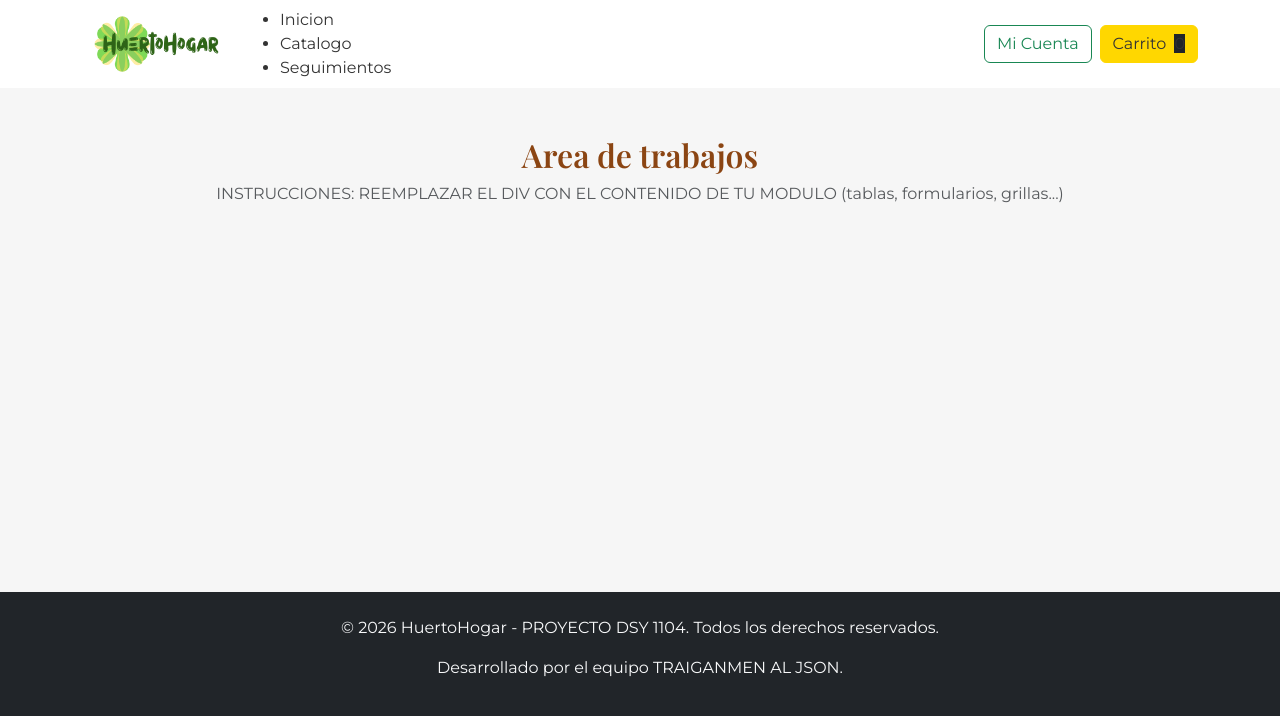
Repository: RottZen/Ev_1_Huerto_Hogar
Page: 7_comunes/plantilla.html
An editor plug-in stored every save of this project. The page is shown before and after the next save, followed by the edit.
The browser window is 1280 px wide. The pictures show the whole page.

Above is the page before, as saved 2026-09-08 02:24:00.

After the next save:
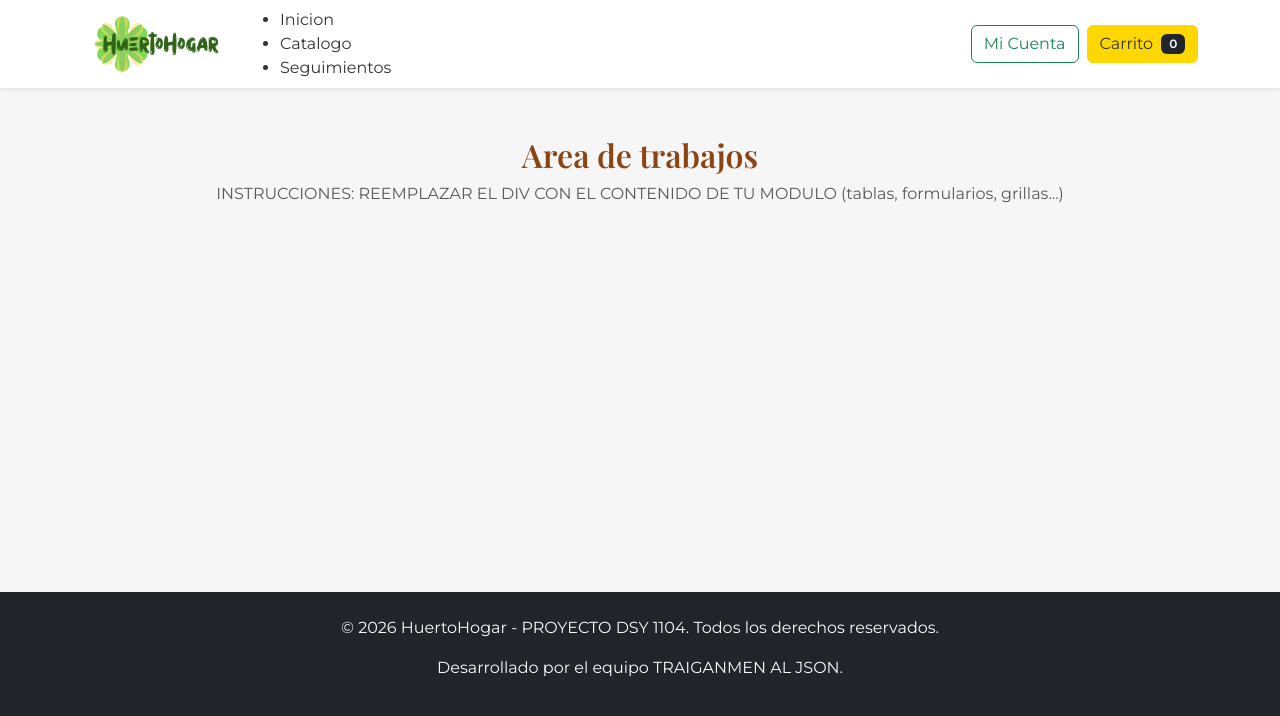
Saved 6 min 48 s later.
--- a/7_comunes/plantilla.html
+++ b/7_comunes/plantilla.html
@@ -12,7 +12,7 @@
 <body class="d-flex flex-column min-vh-100">
     <!-- menu de navegacion -->
     <header>
-        <nav class="navbar navbar-expand-lg nav-light bg-white shadow-ms">
+        <nav class="navbar navbar-expand-lg nav-light bg-white shadow-sm">
             <div class="container">
                 <a class="navbar-brand" href="../1_inicio/index.HTML">
                     <img src="../assets/img/logo.png" alt="Logo HuertoHogar" class="logo-header d-inline-block align-text-center">
@@ -31,7 +31,7 @@
                         <a href="../4_autenticacion/registro.html" class="btn btn-outline-success">Mi Cuenta</a>
                         <!-- boton del carrito de compras con contador dinamico js KU -->
                         <a href="../3_carrito/carrito.html" class="btn btn-warning">
-                            Carrito <span class="bdge bg-dark ms-1" id="contador-carrito">0</span>
+                            Carrito <span class="badge bg-dark ms-1" id="contador-carrito">0</span>
                         </a>
                     </div>
                 </div>
